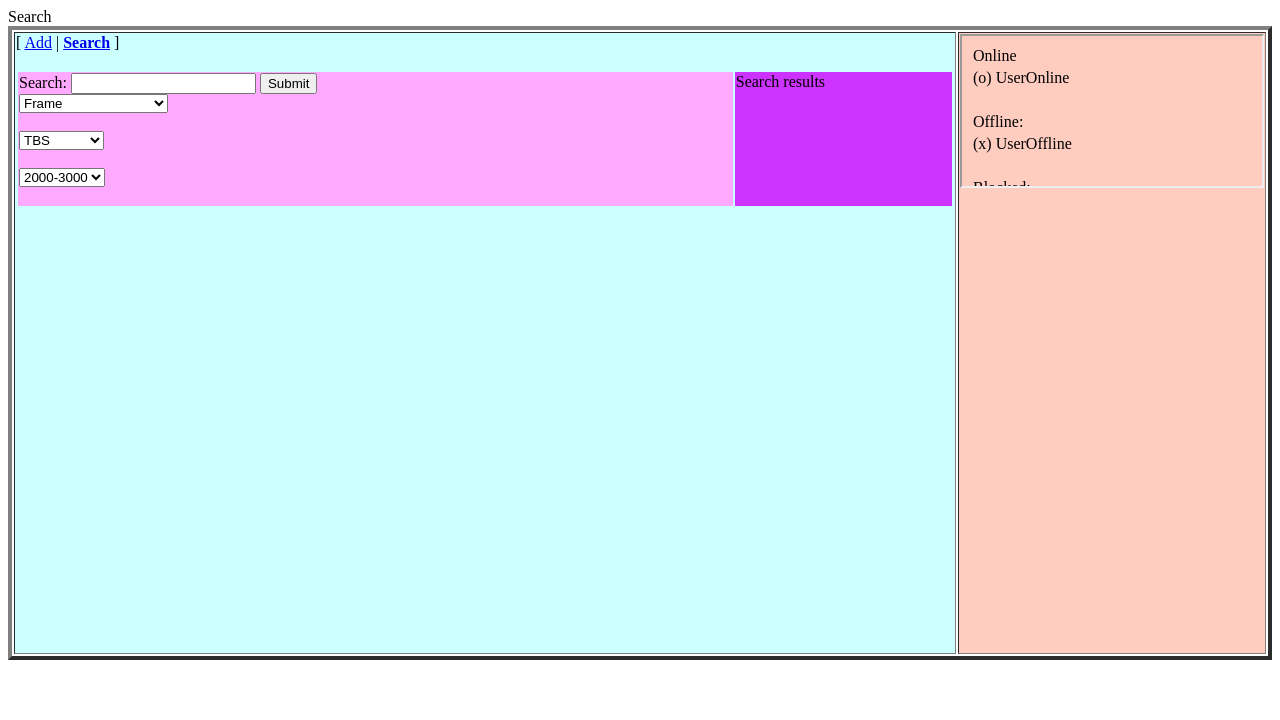
Repository: nevinleiby/SwapRC
Page: search_interface.html
An editor plug-in stored every save of this project. The page is shown before and after the next save, followed by the edit.
The browser window is 1280 px wide. The pictures show the whole page.

Above is the page before, as saved 2019-09-08 01:52:11.

### search_interface.html
<html>
    <title>
        Swap RC
    </title>
    <body>
            Search
            <br>
            <table border=4 width=100% height=90%>
                <tr border=4>
                    <td width = 80% border=2 bgcolor="#ccffff" valign=top>
                        [
                        <a href="./add_interface.html">Add</a> |
                        <b><a href="./search_interface.html">Search</a></b>
                        ]
                        <form>
                        <br>
                        <table width=100%>
                            <tr>
                                <td valign=top bgcolor="#ffaaff">
                                    Search:
                                    <input type=text name="search">
                                    <input type=submit name="submit">
                                    <br>
                                    <select name="category">
                                            <option value = "frame">Frame</option>
                                            <option value = "fc">Flight Controller</option>
                                            <option value = "esc">ESC</option>
                                            <option value = "motor">Motors</option>
                                            <option value = "propeller">Propeller</option>
                                            <option value = "fpv_camera">FPV Camera</option>
                                            <option value = "transmitter">Transmitter</option>
                                            <option value = "antenna">Antenna</option>
                                            <option value = "vtx">VTX</option>
                                            <option value = "receiver">Receiver</option>
                                            <option value = "battery">Battery</option>
                                            <option value = "pdb">PDB</option>
                                            <option value = "hardware">Hardware</option>
                                            <option value = "3d_print">3D Prints</option>
                                            <option value = "goggles">FPV Goggles</option>
                                            <option value = "video_monitors">FPV Video Monitors</option>
                                            <option value = "video_receivers">FPV Video Receivers</option>
                                            <option value = "swag">Swag</option>
                                    </select>
                                    <br><br>
                                    <select name="manufacturer">
                                        <option value ="tbs">TBS</option>
                                        <option value = "immersion">Immersion</option>
                                    </select>

                                    <br><br>
                                    <select name="mah">
                                        <option value = "2000">2000-3000</option>
                                        <option value = "4000">3000-4000</option>
                                    </select>
                                    <br>
                                    <br>

                                </td>
                                <td valign=top bgcolor="#cc33ff">
                                    Search results
                                </td>
                            </tr>
                        </table>
                        </form>

                    </td>
                    <td border=2 bgcolor="ffccccc" valign=top>
                        <frameset>
                                <iframe src="./frame_users.html">
                        </frameset>
                    </td>
                </tr>
            </table>
    </body>

</html>

### frame_users.html
<html>
    <title>
        Users
    </title>
    <body>
        <table>
            <tr><td>Online</td></tr>
            <tr><td>(o) UserOnline</td></tr>

            <tr><td>&nbsp;</td></tr>
            <tr><td>Offline:</td></tr>
            <tr><td>(x) UserOffline</td></tr>

            <tr><td>&nbsp;</td></tr>
            <tr><td>Blocked:</td></tr>
            <tr><td>(b) UserBlocked</td></tr>

        </table>
    </body>
</html>

After the next save:
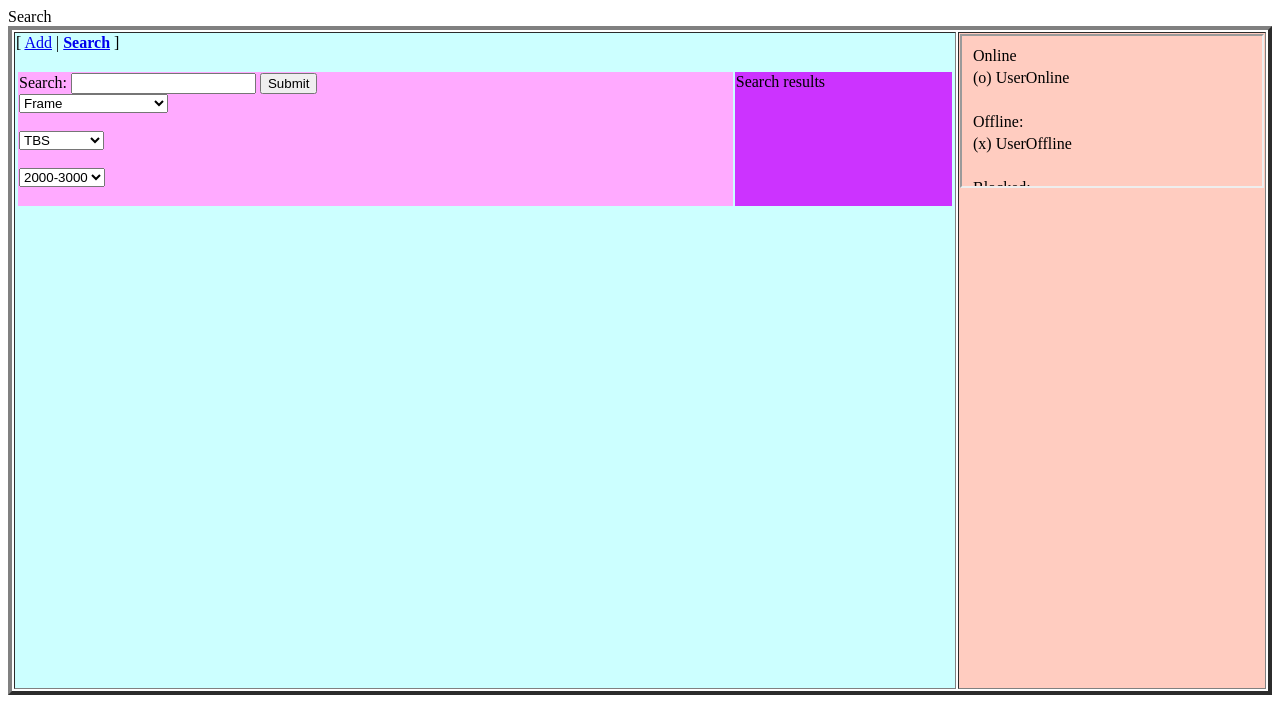
Saved 12 s later.
--- a/search_interface.html
+++ b/search_interface.html
@@ -5,7 +5,7 @@
     <body>
             Search
             <br>
-            <table border=4 width=100% height=90%>
+            <table border=4 width=100% height=95%>
                 <tr border=4>
                     <td width = 80% border=2 bgcolor="#ccffff" valign=top>
                         [
